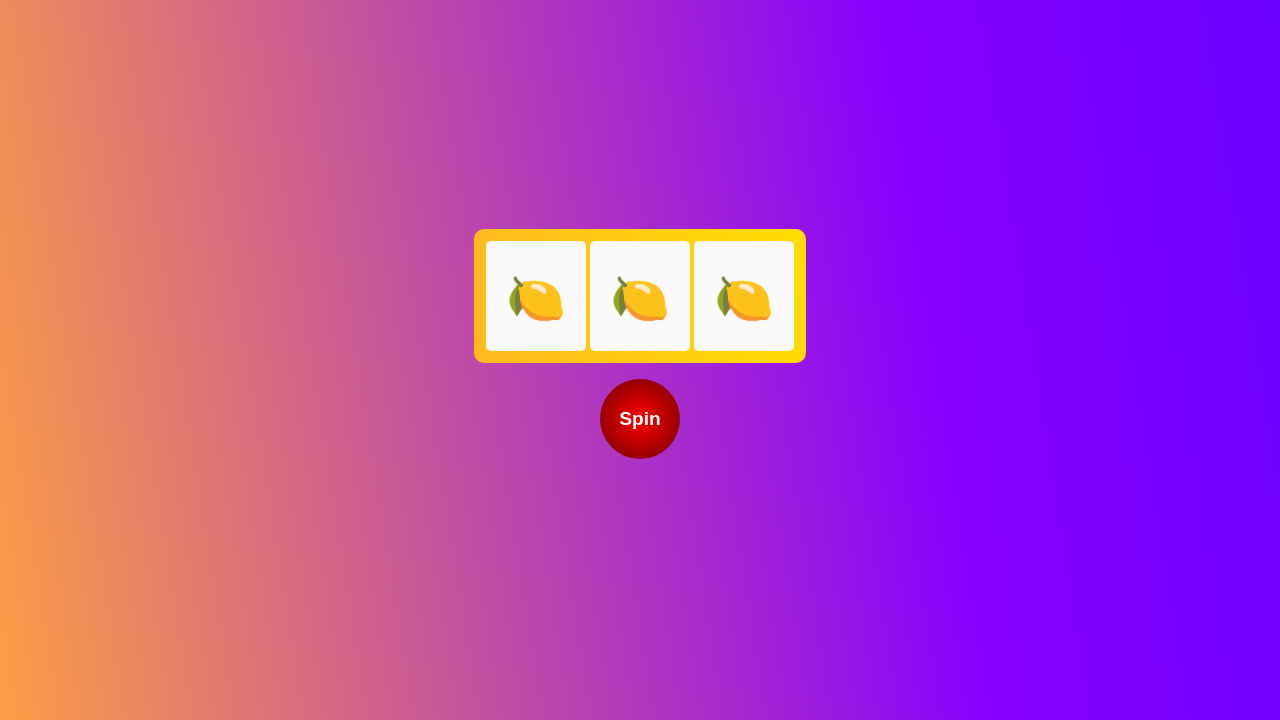
Repository: HERBOD7/slotmachine
Page: /
The author's editor kept a copy of each file at every save. The page is drawn from the files as they stood at one save, then again after a run of saves.
The browser window is 1280 px wide. The pictures show the whole page.
The project was rebuilt for these pictures with package versions that can differ from the ones it lists, and the page was loaded fresh each time. Also part of the build but not shown: vue.config.js.

Above is the page before, as saved 2023-07-23 12:04:31.

After the next 2 saves:
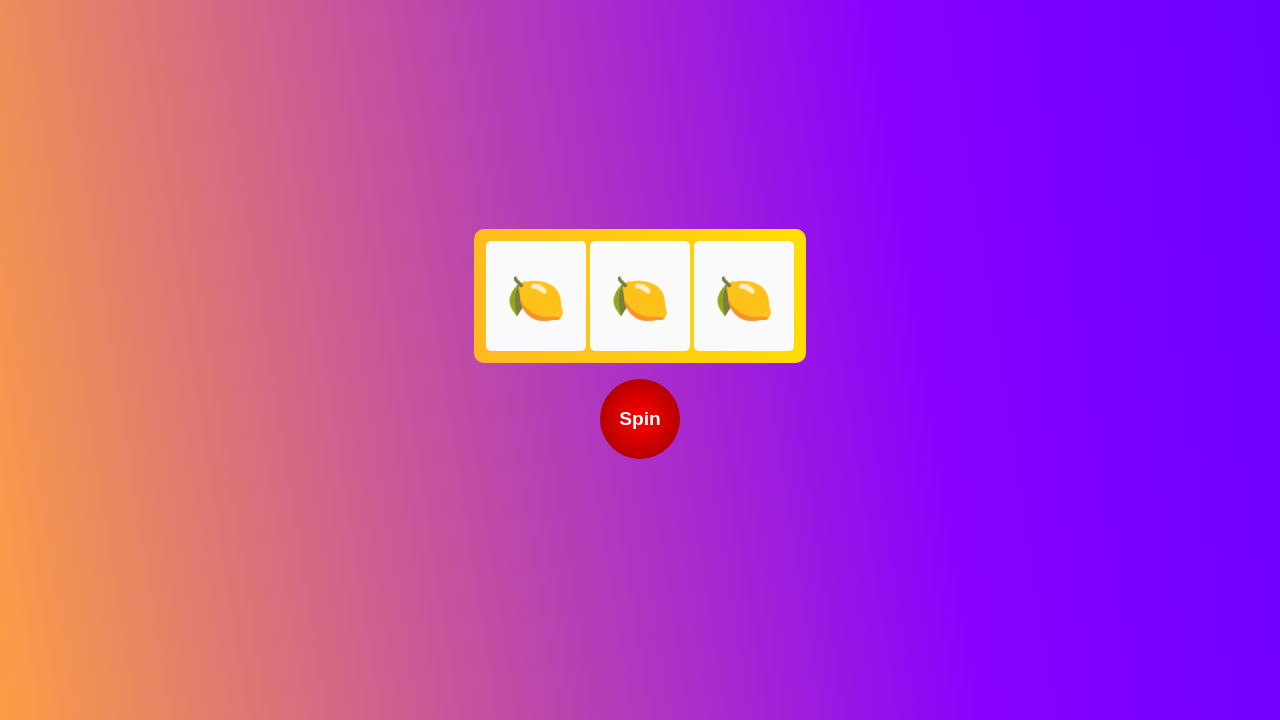
The 2 saves are shown as one change because they came seconds apart.
The last was saved 20 s later.
--- a/src/App.vue
+++ b/src/App.vue
@@ -123,9 +123,8 @@ button {
   background: radial-gradient(
     circle,
     rgba(255, 0, 0, 1) 0%,
-    rgba(105, 0, 0, 1) 100%
+    rgba(153, 0, 0, 1) 100%
   );
-
   color: white;
   font-weight: bold;
 }
